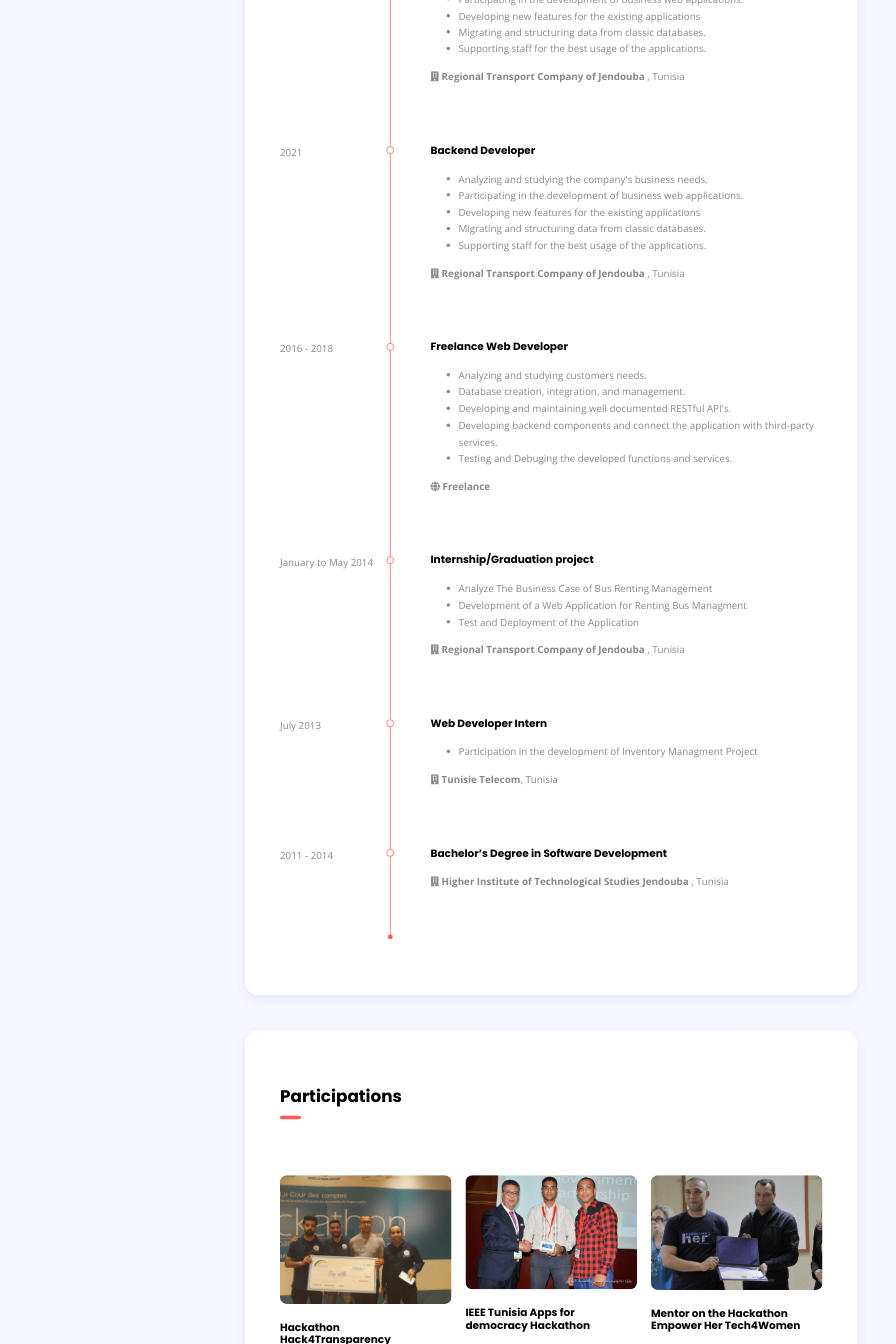
Repository: Adib128/Adib128.github.io
Page: index.html
The author's editor kept a copy of each file at every save. The page is drawn from the files as they stood at one save, then again after the next save.
The browser window is 1280 px wide. The pictures show the part of the page from y = 2697 to 4617 px (the page is 5862 px tall before and 5815 px after), at 70% of full size.

Above is the page before, as saved 2021-10-21 17:31:46.

After the next save:
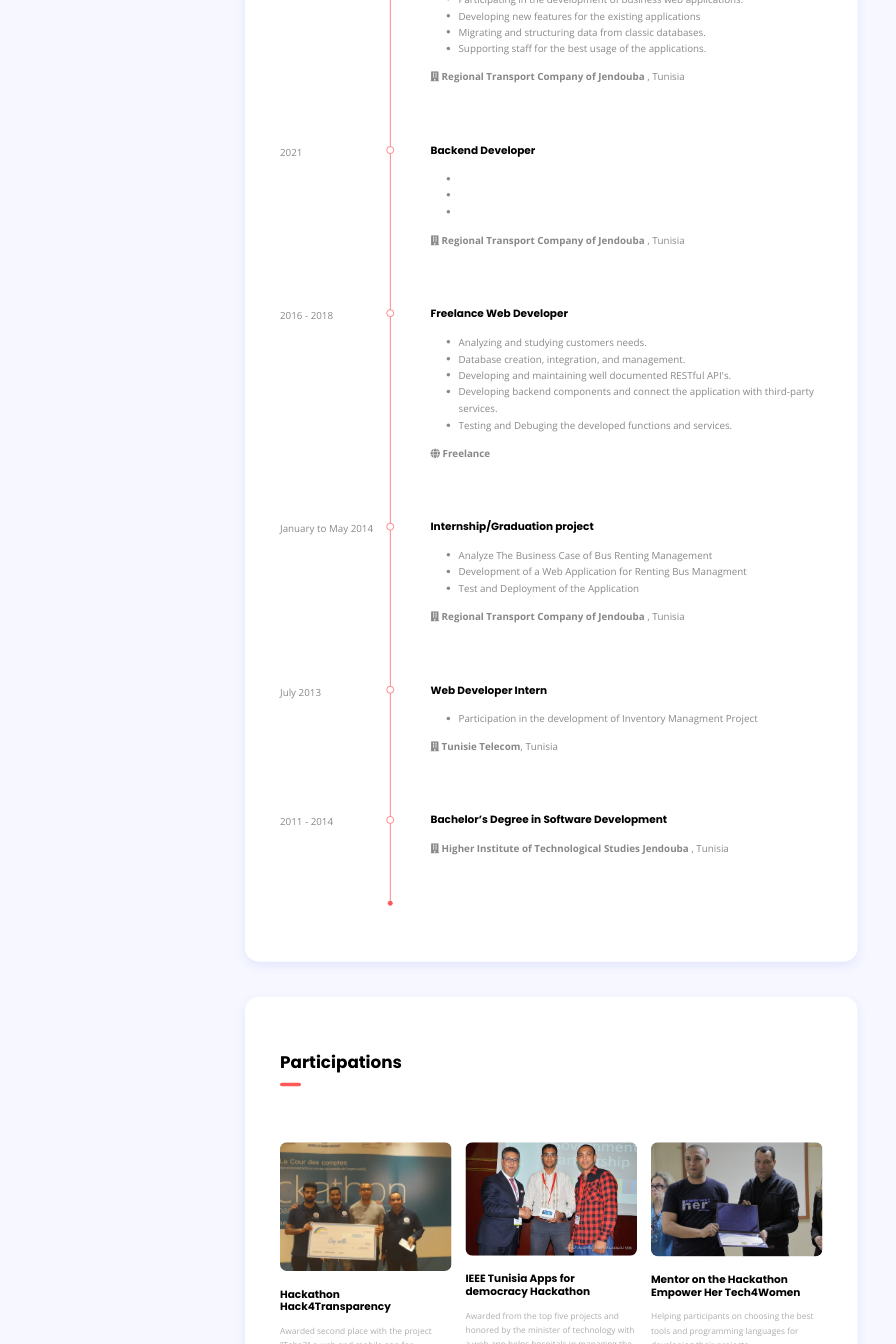
Saved 10 s later.
--- a/index.html
+++ b/index.html
@@ -325,11 +325,9 @@
 						<div class="body">
 							<h4 class="mt-0">Backend Developer</h4>
 							<ul>
-								<li> Analyzing and studying the company's business needs. </li>
-								<li> Participating in the development of business web applications.</li>
-								<li> Developing new features for the existing applications</li>
-								<li> Migrating and structuring data from classic databases.</li>
-								<li> Supporting staff for the best usage of the applications.</li>
+								<li> </li>
+								<li> </li>
+								<li> </li>
 							</ul>
 							<p> <i class="fa fa-building"></i><b> Regional Transport Company of Jendouba</b> , Tunisia
 							</p>
